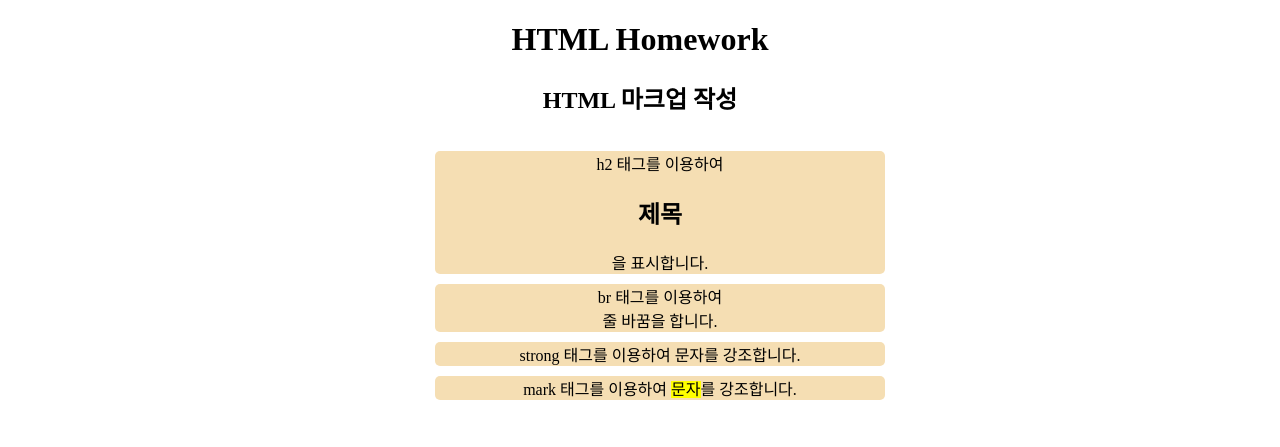
Repository: Cheol-Cheol/KOSA
Page: Kcc_web/Html/WebContent/mission/homework.html
An editor plug-in stored every save of this project. The page is shown before and after the next save, followed by the edit.
The browser window is 1280 px wide. The pictures show the whole page.

Above is the page before, as saved 2024-07-08 10:47:43.

### Kcc_web/Html/WebContent/mission/homework.html
<!DOCTYPE html>
<html>
<head>
<meta charset="UTF-8">
<title>Insert title here</title>

<style>
.ul-flex {
	display: flex;
	justify-content: center;
}

ul {
	list-style-type: none;
}

li {
	background-color: wheat;
	width: 450px;
	margin-bottom: 10px;
	border-radius: 5px;
}
</style>
</head>
<body style="text-align: center">
	<header>
		<h1>HTML Homework</h1>
	</header>

	<section>
		<h2>HTML 마크업 작성</h2>
		<div class="ul-flex">
			<ul>
				<li>h2 태그를 이용하여
					<h2>제목</h2>을 표시합니다.
				</li>
				<li>br 태그를 이용하여 <br />줄 바꿈을 합니다.
				</li>
				<li>strong 태그를 이용하여 <string>문자</string>를 강조합니다.
				</li>
				<li>mark 태그를 이용하여 <mark>문자</mark>를 강조합니다.
				</li>
			</ul>
		</div>
	</section>



</body>
</html>

After the next save:
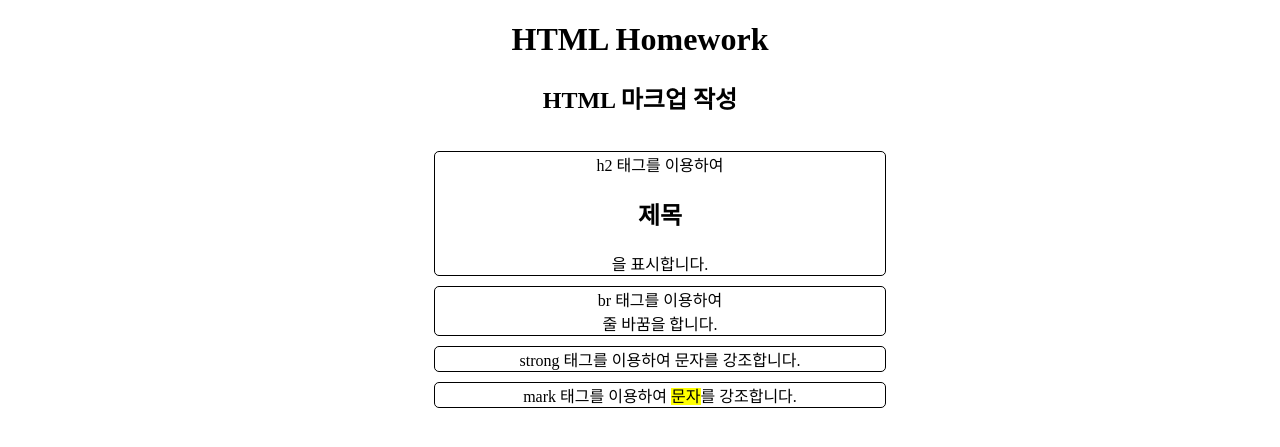
Saved 26 s later.
--- a/Kcc_web/Html/WebContent/mission/homework.html
+++ b/Kcc_web/Html/WebContent/mission/homework.html
@@ -15,7 +15,7 @@ ul {
 }
 
 li {
-	background-color: wheat;
+	border: 1px solid black;
 	width: 450px;
 	margin-bottom: 10px;
 	border-radius: 5px;
